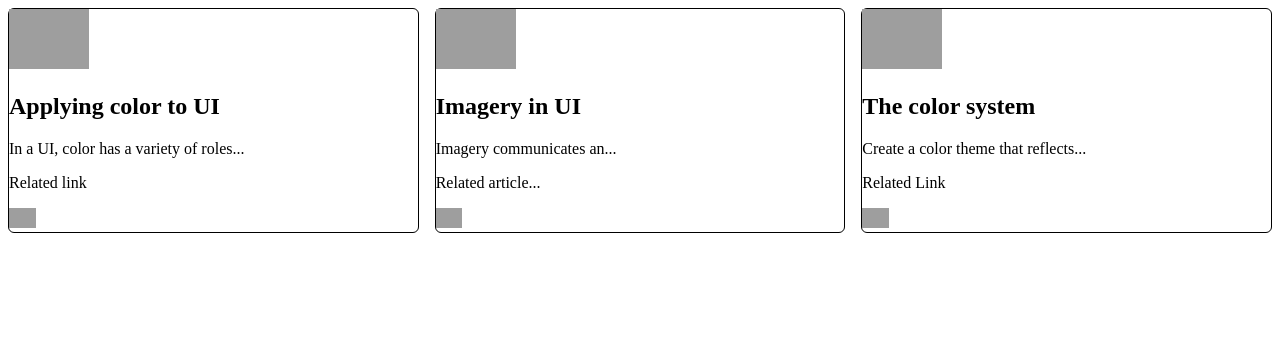
Repository: Sc-Juju/tres-cards
Page: index.html
These files come from the project's save history. The page is drawn as it stood at one moment and after the next save; the edit follows.
The browser window is 1280 px wide. The pictures show the whole page.
Pictures or frames that could not be fetched are drawn as grey boxes. Some web libraries are served in a nearby version.

Above is the page before, as saved 2022-09-29 11:46:38.

### index.html
<!DOCTYPE html>
<html lang="en">
	<head>
		<link
			rel="stylesheet"
			href="https://cdnjs.cloudflare.com/ajax/libs/font-awesome/6.2.0/css/all.min.css"
			integrity="sha512-xh6O/CkQoPOWDdYTDqeRdPCVd1SpvCA9XXcUnZS2FmJNp1coAFzvtCN9BmamE+4aHK8yyUHUSCcJHgXloTyT2A=="
			crossorigin="anonymous"
			referrerpolicy="no-referrer"
		/>
		<link rel="stylesheet" href="./main.css" />
		<meta charset="UTF-8" />
		<meta http-equiv="X-UA-Compatible" content="IE=edge" />
		<meta name="viewport" content="width=device-width, initial-scale=1.0" />
		<script
			src="https://kit.fontawesome.com/020fb16134.js"
			crossorigin="anonymous"
		></script>
		<title>Tres cards</title>
	</head>
	<body>
		<div class="tres-cards">
			<div class="card">
				<div class="card-image">
					<img
						src="https://cdn.icon-icons.com/icons2/91/PNG/128/color_wheel_16443.png"
						alt="color-wheel"
					/>
					<h2>Applying color to UI</h2>
					<p>In a UI, color has a variety of roles...</p>
					<p>Related link</p>
					<img
						src="https://www.pngfind.com/pngs/m/510-5107490_vector-arrow-png-arrow-pointing-to-top-right.png"
						alt="arrow"
						class="arrow"
					/>
				</div>
			</div>
			<div class="card">
				<div class="card-image">
					<img
						src="https://wac-cdn.atlassian.com/dam/jcr:1a5346ae-771f-4dde-8df8-b76738b612e2/Card-Spot-Illo-Speech-Bubbbles-@2x.png?cdnVersion=543"
						alt="text-cloud"
					/>
					<h2>Imagery in UI</h2>
					<p>Imagery communicates an...</p>
					<p>Related article...</p>
					<img
						src="https://www.pngfind.com/pngs/m/510-5107490_vector-arrow-png-arrow-pointing-to-top-right.png"
						alt="arrow"
						class="arrow"
					/>
				</div>
			</div>
			<div class="card">
				<div class="card-image">
					<img
						src="https://cdn.icon-icons.com/icons2/91/PNG/128/color_wheel_16443.png"
						alt="color-wheel"
					/>
					<h2>The color system</h2>
					<p>Create a color theme that reflects...</p>
					<p>Related Link</p>
					<img
						src="https://www.pngfind.com/pngs/m/510-5107490_vector-arrow-png-arrow-pointing-to-top-right.png"
						alt="arrow"
						class="arrow"
					/>
				</div>
			</div>
		</div>
	</body>
</html>

### main.css
.tres-cards{
    display:grid;
    grid-template-columns:repeat(3,1fr);
    gap:1em;
}
.card{
    border: 1px solid black;
    border-radius: 6px;
    display:inline-flex;
    justify-content: space-between;
}
img{
    height:60px;
}
.arrow{
    height: 20px;
}

After the next save:
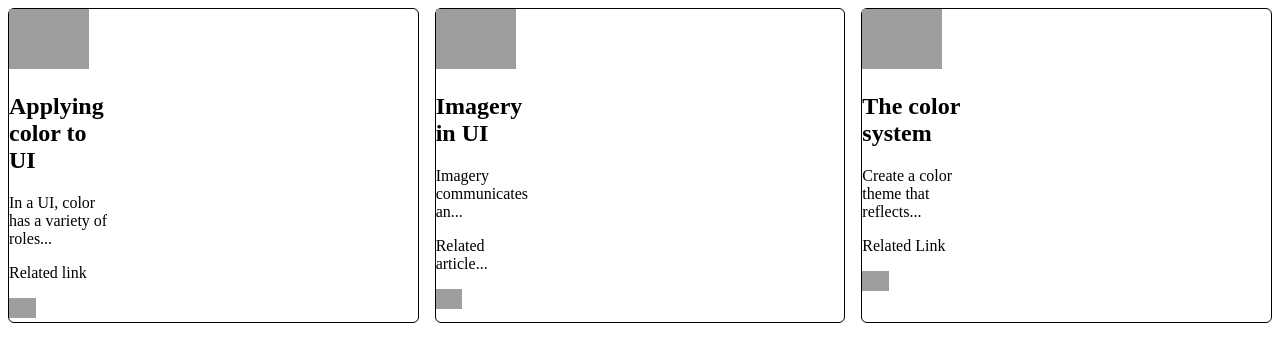
Saved 5 min 55 s later.
--- a/main.css
+++ b/main.css
@@ -6,8 +6,8 @@
 .card{
     border: 1px solid black;
     border-radius: 6px;
-    display:inline-flex;
-    justify-content: space-between;
+    display:grid;
+    grid-template-columns:.5fr 1.5fr;
 }
 img{
     height:60px;
